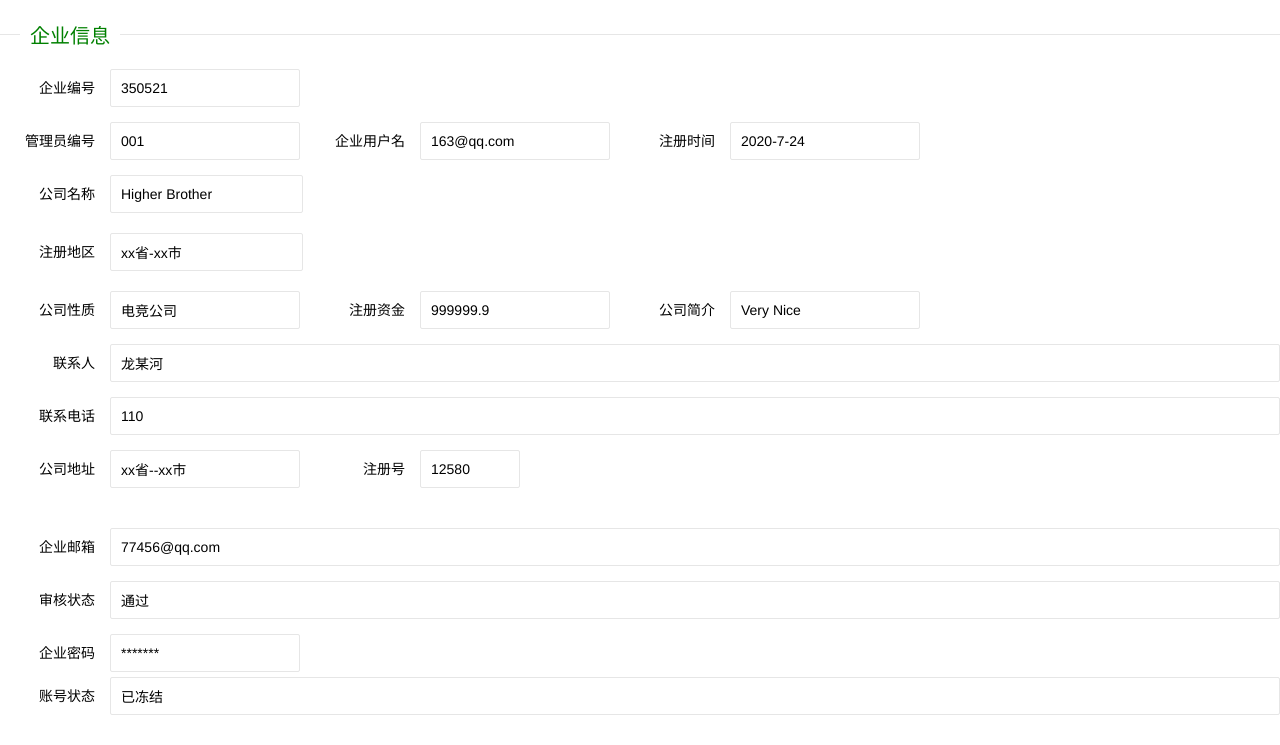
Repository: LongJinhe-coder/java-web-
Page: http://localhost/projectDemo1/displayFirmResume.jsp
These files come from the project's save history. The page is drawn as it stood at one moment and after the next save; the edit follows.
The browser window is 1280 px wide. The pictures show the whole page.
The page is served by Tomcat 9. Other server files are loaded and not shown.

Above is the page before, as saved 2020-07-28 09:41:25.

### MyEclipse CI/projectDemo1/WebRoot/displayFirmResume.jsp
<%@ page language="java" import="java.util.*" pageEncoding="UTF-8"%>
<%
String path = request.getContextPath();
String basePath = request.getScheme()+"://"+request.getServerName()+":"+request.getServerPort()+path+"/";
%>

<!DOCTYPE HTML PUBLIC "-//W3C//DTD HTML 4.01 Transitional//EN">
<html>
  <head>
    <base href="<%=basePath%>">

    <title>My JSP 'personalzhuce.jsp' starting page</title>

	<meta http-equiv="pragma" content="no-cache">
	<meta http-equiv="cache-control" content="no-cache">
	<meta http-equiv="expires" content="0">
	<meta http-equiv="keywords" content="keyword1,keyword2,keyword3">
	<meta http-equiv="description" content="This is my page">
	<!--
	<link rel="stylesheet" type="text/css" href="styles.css">
	-->

 <meta charset="utf-8">
  <title>Layui</title>
  <meta name="renderer" content="webkit">
  <meta http-equiv="X-UA-Compatible" content="IE=edge,chrome=1">
  <meta name="viewport" content="width=device-width, initial-scale=1, maximum-scale=1">
  <link rel="stylesheet" href="layui/css/layui.css"  media="all">
  <!-- 注意：如果你直接复制所有代码到本地，上述css路径需要改成你本地的 -->
  </head>

  <body>
 <fieldset class="layui-elem-field layui-field-title" style="margin-top: 20px;">
  <legend align="left" style="color:green;">企业信息</legend>
</fieldset>
<form class="layui-form" action="">

<div class="layui-form-item">
    <label class="layui-form-label">企业编号</label>
    <div class="layui-input-block">
      <input style="width:190px"type="text" name="firmID" value="350521" readonly="readonly"  autocomplete="off" class="layui-input">
    </div>
  </div>

 <div class="layui-form-item">
    <label class="layui-form-label">管理员编号</label>
    <div class="layui-input-inline">
      <input type="text" name="adminID" value="001" readonly="readonly"  autocomplete="off" class="layui-input">
    </div>
      <label class="layui-form-label">企业用户名</label>
      <div class="layui-input-inline">
        <input type="text" name="firmAccount" value="163@qq.com" readonly="readonly" class="layui-input">
      </div>

      <label class="layui-form-label">注册时间</label>
      <div class="layui-input-inline">
       <input type="text" name="registerTime"  value="2020-7-24" readonly="readonly" class="layui-input">

		</div>
    </div>

   <div class="layui-form-item">
   <div class="layui-inline">
    <label class="layui-form-label">公司名称</label>
    <div class="layui-input-block">
        <input type="text" name="firmName"  value="Higher Brother" readonly="readonly" class="layui-input">
    </div>
  </div>
   </div>

   <div class="layui-form-item">
   <div class="layui-inline">
    <label class="layui-form-label">注册地区</label>
    <div class="layui-input-block">
     <input type="text" name="registerArea"  value="xx省-xx市" readonly="readonly" class="layui-input">
    </div>
  </div>
   </div>

   <div class="layui-form-item">

    <label class="layui-form-label">公司性质</label>
    <div class="layui-input-inline">
      <input type="text" name="firmNature" value="电竞公司" readonly="readonly"  class="layui-input">
    </div>
    <label class="layui-form-label">注册资金</label>
    <div class="layui-input-inline">
      <input type="text" name="registerFund" value="999999.9" readonly="readonly" class="layui-input">
    </div>
    <label class="layui-form-label">公司简介</label>
    <div class="layui-input-inline">
    <input type="text" name="firmBrief" value="Very Nice" readonly="readonly" class="layui-input">
    </div>
  </div>

    <div class="layui-form-item">
    <label class="layui-form-label">联系人</label>
    <div class="layui-input-block">
      <input type="text" name="linkMan" value="龙某河" readonly="readonly" class="layui-input">
    </div>
  </div>

   <div class="layui-form-item">
    <label class="layui-form-label">联系电话</label>
    <div class="layui-input-block">
      <input type="text" name="linkPhone" value="110" readonly="readonly" class="layui-input">
    </div>
  </div>

    <div class="layui-form-item">
    <div class="layui-inline">
    <label class="layui-form-label">公司地址</label>
    <div class="layui-input-inline">
    <input type="text" name="firmArea" value="xx省--xx市" readonly="readonly" class="layui-input">
    </div>
      <label class="layui-form-label">注册号</label>
      <div class="layui-input-inline" style="width: 100px;">
        <input type="text" name="registerNum" value="12580" readonly="readonly" class="layui-input">
      </div>

    </div>

  </div>
   <div class="layui-form-item">
   <div class="layui-inline">

  </div>
   </div>

      <div class="layui-form-item">
    <label class="layui-form-label">企业邮箱</label>
    <div class="layui-input-block">
      <input type="text" name="firmEmail" value="77456@qq.com" readonly="readonly" class="layui-input">
    </div>
  </div>

   <div class="layui-form-item">
    <label class="layui-form-label">审核状态</label>
    <div class="layui-input-block">
      <input type="text" name="checkStatus" value="通过" readonly="readonly" class="layui-input">
    </div>
  </div>


  <div class="layui-form-item">
    <div class="layui-inline">
      <label class="layui-form-label">企业密码</label>
      <div class="layui-input-inline">
        <input type="text" name="frimpwd"  value="*******" readonly="readonly" class="layui-input">
      </div>
    </div>


     <div class="layui-form-item">

      <label class="layui-form-label">账号状态</label>
      <div class="layui-input-block">
        <input type="text" name="accountStatus"  value="已冻结" readonly="readonly" class="layui-input">
      </div>
    </div>
    </div>
  </form>
<script src="layui/layui.js" charset="utf-8"></script>
<!-- 注意：如果你直接复制所有代码到本地，上述js路径需要改成你本地的 -->

  </body>
</html>

Loaded but not shown: MyEclipse CI/projectDemo1/WebRoot/layui/css/layui.css (library); MyEclipse CI/projectDemo1/WebRoot/layui/layui.js (library)

After the next save:
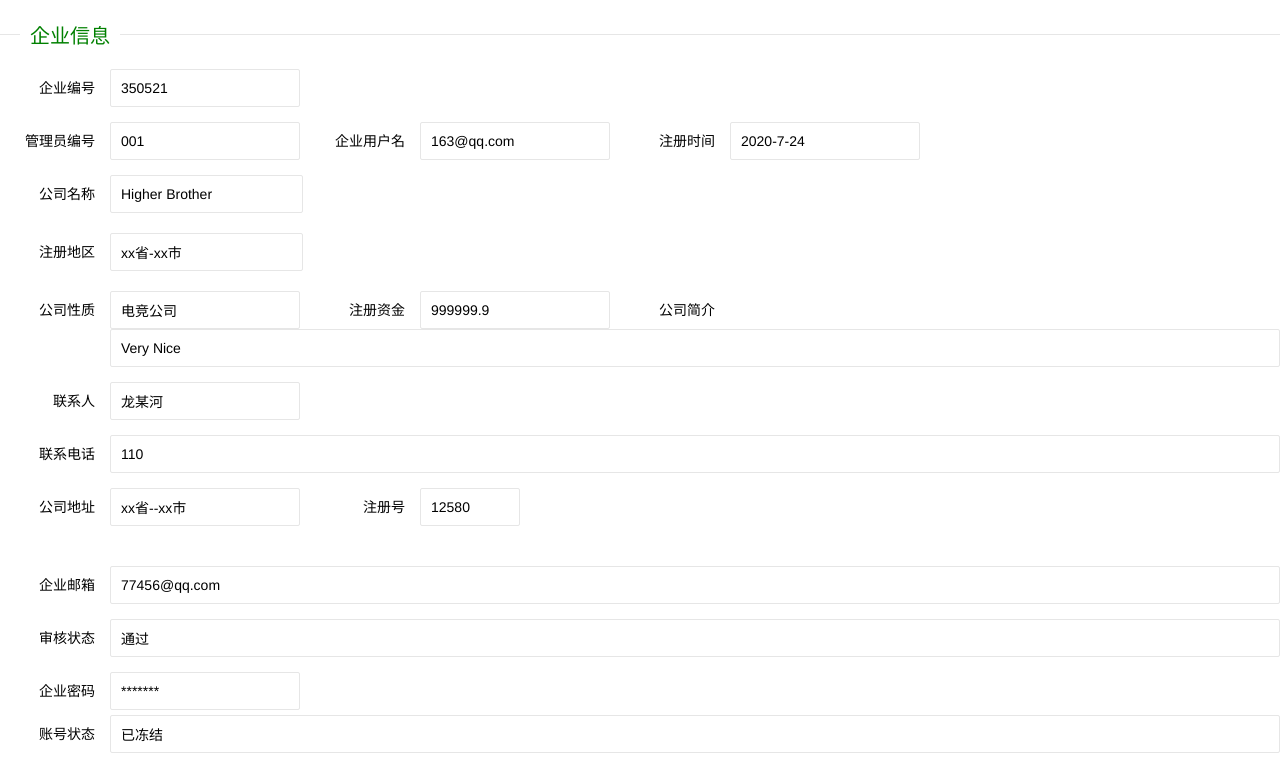
Saved 4 min 36 s later.
--- a/MyEclipse CI/projectDemo1/WebRoot/displayFirmResume.jsp
+++ b/MyEclipse CI/projectDemo1/WebRoot/displayFirmResume.jsp
@@ -88,14 +88,14 @@ String basePath = request.getScheme()+"://"+request.getServerName()+":"+request.
       <input type="text" name="registerFund" value="999999.9" readonly="readonly" class="layui-input">
     </div>
     <label class="layui-form-label">公司简介</label>
-    <div class="layui-input-inline">
+    <div class="layui-input-block">
     <input type="text" name="firmBrief" value="Very Nice" readonly="readonly" class="layui-input">
     </div>
   </div>
 
     <div class="layui-form-item">
     <label class="layui-form-label">联系人</label>
-    <div class="layui-input-block">
+    <div class="layui-input-inline">
       <input type="text" name="linkMan" value="龙某河" readonly="readonly" class="layui-input">
     </div>
   </div>
